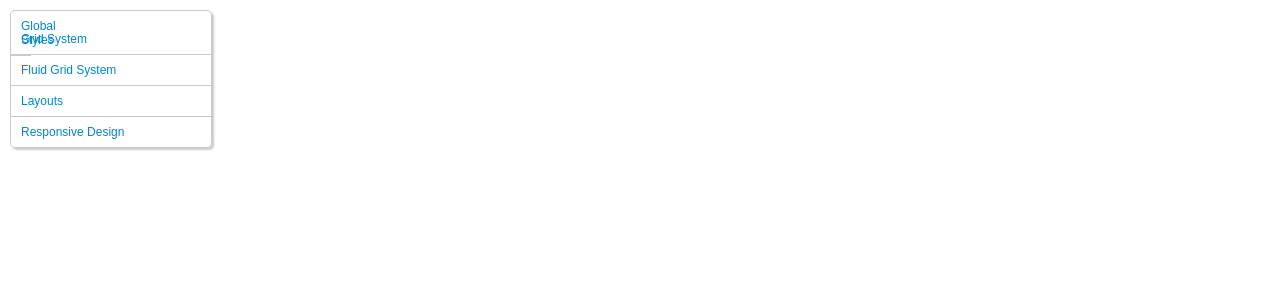
Repository: Sakivaday/UI-TSQ
Page: Aptana Studio 3 Workspace/tsq/assignment3/nav.html
The author's editor kept a copy of each file at every save. The page is drawn from the files as they stood at one save, then again after the next save.
The browser window is 1280 px wide. The pictures show the whole page.
Pictures or frames that could not be fetched are drawn as grey boxes.

Above is the page before, as saved 2015-01-16 20:32:01.

After the next save:
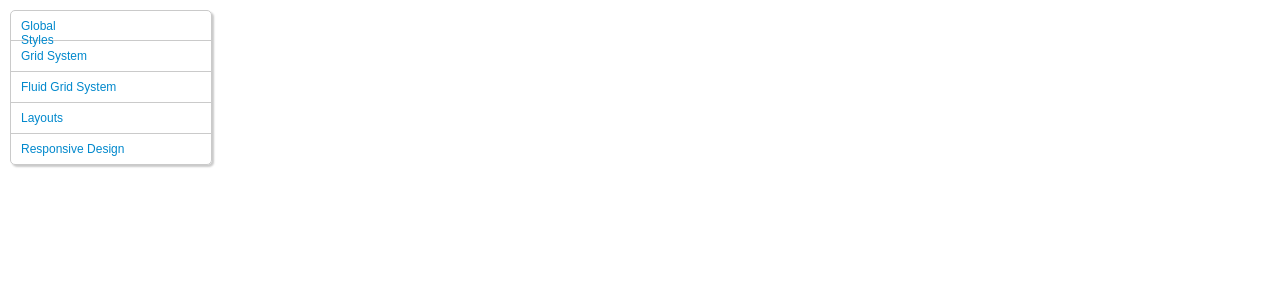
Saved 60 s later.
--- a/Aptana Studio 3 Workspace/tsq/assignment3/nav.html
+++ b/Aptana Studio 3 Workspace/tsq/assignment3/nav.html
@@ -11,7 +11,7 @@
 		<div class="side-nav">
             <ul>
 
-                <li><div class="pic"><a href="#">Global Styles</a></div></li>
+                <li><a href="#"><div class="pic">Global Styles</div></a></li>
 
 
             <li><a href="#">Grid System</a></li>
